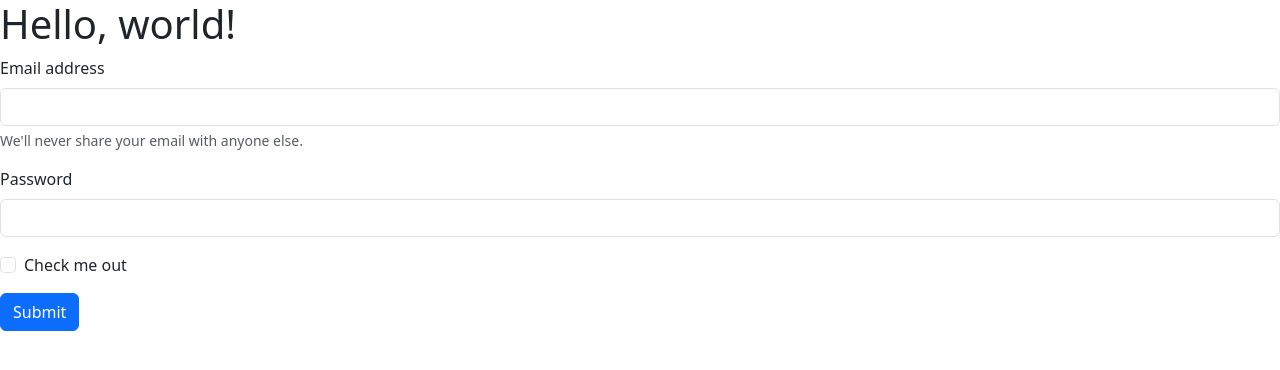
Repository: rahulgaba1987/MiniProject2
Page: http://localhost/login
These files come from the project's save history. The page is drawn as it stood at one moment and after the next save; the edit follows.
The browser window is 1280 px wide. The pictures show the whole page.
The page is this project's Thymeleaf template; nobody is signed in. The template is opened directly, without the code that normally fills it, so the values that code supplies are empty.

Above is the page before, as saved 2023-04-17 17:28:50.

After the next save:
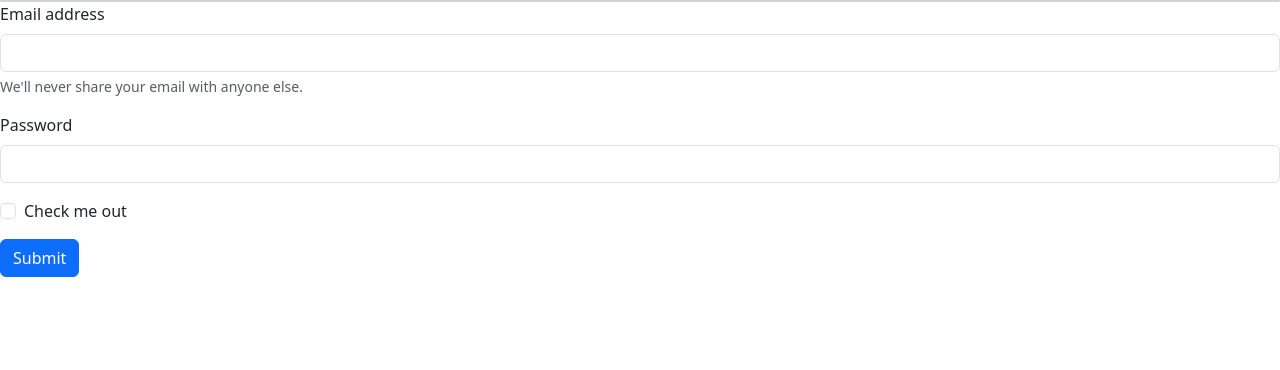
Saved 100 s later.
--- a/02_MiniProject/src/main/resources/templates/login.html
+++ b/02_MiniProject/src/main/resources/templates/login.html
@@ -7,9 +7,12 @@
     <link href="https://cdn.jsdelivr.net/npm/bootstrap@5.3.0-alpha3/dist/css/bootstrap.min.css" rel="stylesheet" integrity="sha384-KK94CHFLLe+nY2dmCWGMq91rCGa5gtU4mk92HdvYe+M/SXH301p5ILy+dN9+nJOZ" crossorigin="anonymous">
   </head>
   <body>
-    <h1>Hello, world!</h1>
 
-   <div>
+    <div class="card">
+
+
+    </div>
+
        <form>
   <div class="mb-3">
     <label for="exampleInputEmail1" class="form-label">Email address</label>
